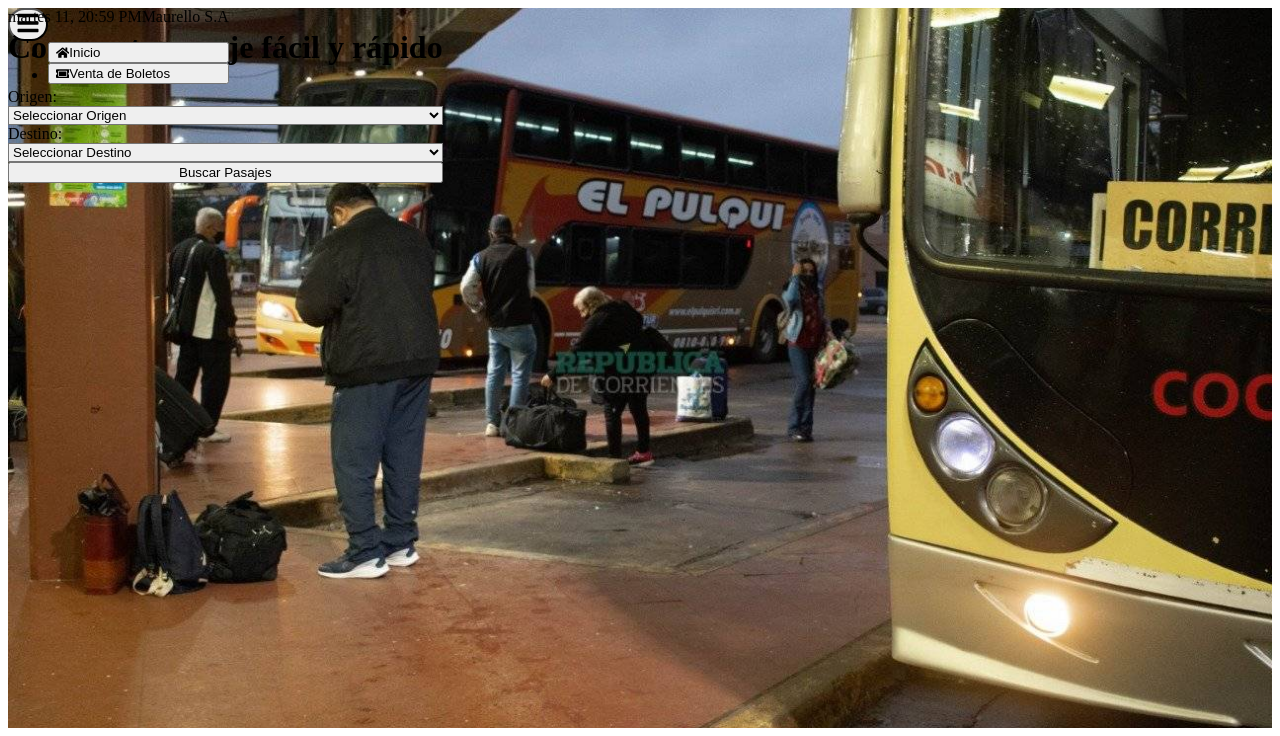
Repository: francoluca35/ventaboletos
Page: /ventaboleto
An editor plug-in stored every save of this project. The page is shown before and after the next save, followed by the edit.
The browser window is 1280 px wide. The pictures show the whole page.
The page's requests for data from a server got no answer. The project was rebuilt for these pictures with package versions that can differ from the ones it lists, and the page was loaded fresh each time. The framework's server and built-in components were replaced by stand-ins that run in the browser. No one was signed in, and anything a server would have sent is missing. Also part of the build but not shown: next.config.mjs.

Above is the page before, as saved 2025-03-17 16:34:20.

### src/app/layout.js
import { Geist, Geist_Mono } from "next/font/google";
import "./globals.css";
import "./style/tailwinds.css"
const geistSans = Geist({
  variable: "--font-geist-sans",
  subsets: ["latin"],
});

const geistMono = Geist_Mono({
  variable: "--font-geist-mono",
  subsets: ["latin"],
});

export const metadata = {
  title: "Create Next App",
  description: "Generated by create next app",
};

export default function RootLayout({ children }) {
  return (
    <html lang="en">
      <body
        className={`${geistSans.variable} ${geistMono.variable} antialiased`}
      >
        {children}
      </body>
    </html>
  );
}

### src/app/ventaboleto/page.js
"use client";

import { useState, useEffect } from "react";
import Sidebar from "@/app/components/Sidebar";
import axios from "axios";

export default function VentaBoleto() {
  const [origen, setOrigen] = useState("");
  const [destino, setDestino] = useState("");
  const [fechaDesde, setFechaDesde] = useState("");
  const [fechaHasta, setFechaHasta] = useState("");
  const [pasajes, setPasajes] = useState([]);
  const [origenesDisponibles, setOrigenesDisponibles] = useState([]);
  const [destinosDisponibles, setDestinosDisponibles] = useState([]);

  useEffect(() => {
    axios.get("http://localhost:5000/api/tickets")
      .then(response => {
        setPasajes(response.data);
        setOrigenesDisponibles([...new Set(response.data.map(ticket => ticket.origen))]);
        setDestinosDisponibles([...new Set(response.data.map(ticket => ticket.destino))]);
      })
      .catch(error => console.error("Error cargando viajes:", error));
  }, []);

  const buscarPasajes = () => {
    const resultados = pasajes.filter(ticket =>
      (origen ? ticket.origen.includes(origen) : true) &&
      (destino ? ticket.destino.includes(destino) : true) &&
      (!fechaDesde || new Date(ticket.fechaDesde) >= new Date(fechaDesde)) &&
      (!fechaHasta || new Date(ticket.fechaHasta) <= new Date(fechaHasta))
    );
    setPasajes(resultados);
  };

  return (
    <div className="relative w-full h-screen bg-cover bg-center" style={{ backgroundImage: "url('/Assets/fondo-pasajes.jpg')" }}>
      <Sidebar />
      <div className="absolute inset-0 bg-black bg-opacity-50 flex flex-col justify-center items-center">
        <h1 className="text-white text-4xl font-bold mb-6">Compra tu pasaje fácil y rápido</h1>

        <div className="bg-white p-6 rounded-lg shadow-lg w-full max-w-2xl">
          <div className="grid grid-cols-1 md:grid-cols-2 gap-4">
            <div>
              <label className="block text-gray-700">Origen:</label>
              <select className="w-full p-2 border rounded" value={origen} onChange={(e) => setOrigen(e.target.value)}>
                <option value="">Seleccionar Origen</option>
                {origenesDisponibles.map((origen, index) => (
                  <option key={index} value={origen}>{origen}</option>
                ))}
              </select>
            </div>

            <div>
              <label className="block text-gray-700">Destino:</label>
              <select className="w-full p-2 border rounded" value={destino} onChange={(e) => setDestino(e.target.value)}>
                <option value="">Seleccionar Destino</option>
                {destinosDisponibles.map((destino, index) => (
                  <option key={index} value={destino}>{destino}</option>
                ))}
              </select>
            </div>
          </div>

          <button onClick={buscarPasajes} className="w-full bg-blue-600 text-white p-3 rounded mt-4">Buscar Pasajes</button>
        </div>
      </div>
    </div>
  );
}

### src/app/components/Sidebar.js
"use client";
import { useState, useEffect } from "react";
import { useRouter } from "next/navigation";
import { FaBars, FaTimes, FaHome, FaTicketAlt } from "react-icons/fa";

const Sidebar = () => {
  const [isOpen, setIsOpen] = useState(false);
  const [time, setTime] = useState(new Date());
  const router = useRouter();

  // Actualizar la hora cada segundo
  useEffect(() => {
    const interval = setInterval(() => {
      setTime(new Date());
    }, 1000);
    return () => clearInterval(interval);
  }, []);

  // Formatear la hora
  const formatTime = (date) => {
    return date.toLocaleTimeString("es-ES", { hour: "2-digit", minute: "2-digit" });
  };

  const formatDate = (date) => {
    return date.toLocaleDateString("es-ES", { weekday: "long", day: "numeric" });
  };

  const handleNavigation = (path) => {
    setIsOpen(false);
    router.push(path);
  };

  return (
    <div>
      {/* Botón para abrir/cerrar Sidebar */}
      <button
        onClick={() => setIsOpen(!isOpen)}
        className="fixed top-4 left-4 z-50 text-white bg-red-600 p-3 rounded-full"
      >
        {isOpen ? <FaTimes size={24} /> : <FaBars size={24} />}
      </button>

      {/* Sidebar */}
      <div
        className={`fixed top-0 left-0 h-full w-64 bg-gray-300 text-black shadow-lg transition-transform ${
          isOpen ? "translate-x-0" : "-translate-x-64"
        } z-50`}
      >
        {/* Header del Sidebar */}
        <div className="bg-gray-400 p-4 flex justify-between items-center">
          <span className="text-lg font-bold">{formatDate(time)}, {formatTime(time)} PM</span>
          <span className="font-semibold">Maurello S.A</span>
        </div>

        {/* Opciones de Navegación */}
        <ul className="mt-4 space-y-4">
          <li className="px-4 py-2 hover:bg-gray-500 cursor-pointer">
            <button onClick={() => handleNavigation("/")} className="flex items-center gap-2 w-full text-left">
              <FaHome /> Inicio
            </button>
          </li>
          <li className="px-4 py-2 hover:bg-gray-500 cursor-pointer">
            <button onClick={() => handleNavigation("/ventaboleto")} className="flex items-center gap-2 w-full text-left">
              <FaTicketAlt /> Venta de Boletos
            </button>
          </li>
        </ul>
      </div>
    </div>
  );
};

export default Sidebar;

Loaded but not shown: src/app/globals.css (common file); src/app/style/tailwinds.css (common file)

After the next save:
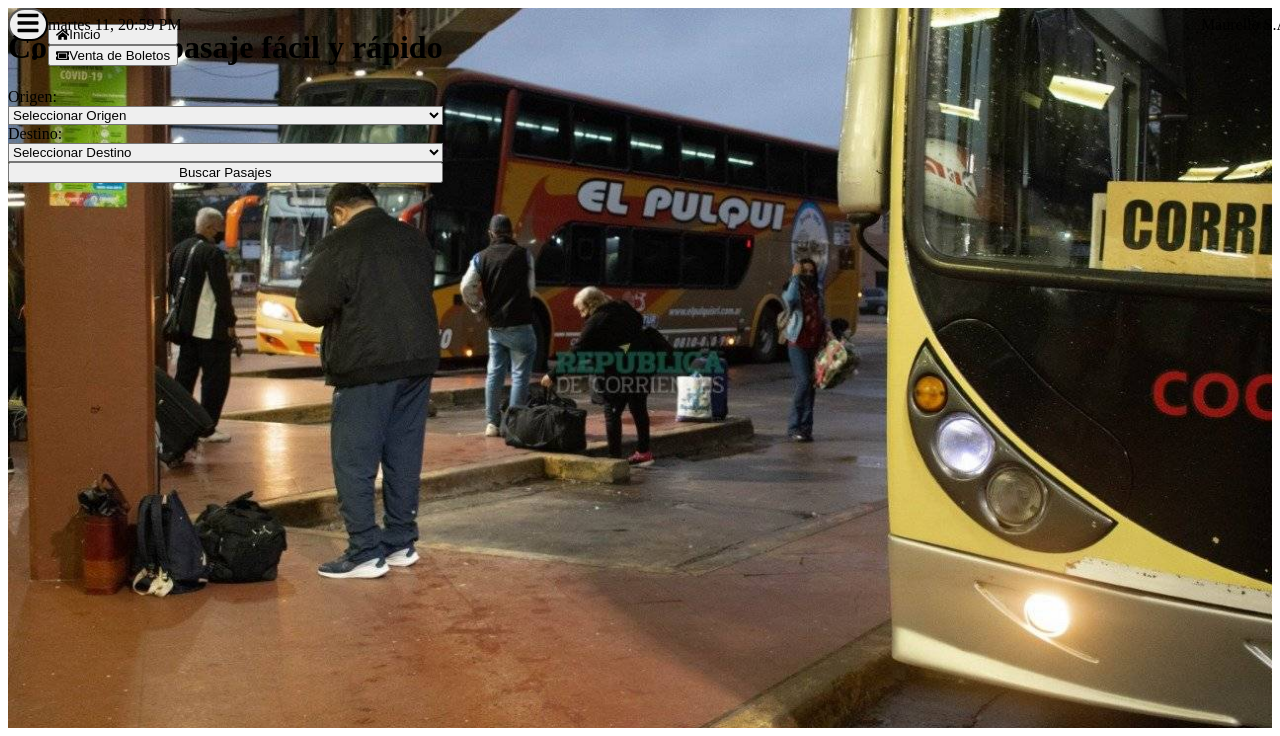
Saved 2 min 0 s later.
--- a/src/app/components/Sidebar.js
+++ b/src/app/components/Sidebar.js
@@ -32,28 +32,29 @@
 
   return (
     <div>
-      {/* Botón para abrir/cerrar Sidebar */}
-      <button
-        onClick={() => setIsOpen(!isOpen)}
-        className="fixed top-4 left-4 z-50 text-white bg-red-600 p-3 rounded-full"
-      >
-        {isOpen ? <FaTimes size={24} /> : <FaBars size={24} />}
-      </button>
+      {/* Header Fijo */}
+      <div className="fixed top-0 left-0 w-full bg-gray-400 text-black shadow-md flex justify-between items-center p-4 z-50">
+        <div className="flex items-center">
+          {/* Botón para abrir/cerrar Sidebar */}
+          <button
+            onClick={() => setIsOpen(!isOpen)}
+            className="text-white bg-red-600 p-3 rounded-full mr-4"
+          >
+            {isOpen ? <FaTimes size={24} /> : <FaBars size={24} />}
+          </button>
+          <span className="text-lg font-bold">{formatDate(time)}, {formatTime(time)} PM</span>
+        </div>
+        <span className="font-semibold">Maurello S.A</span>
+      </div>
 
-      {/* Sidebar */}
+      {/* Sidebar Desplegable */}
       <div
         className={`fixed top-0 left-0 h-full w-64 bg-gray-300 text-black shadow-lg transition-transform ${
           isOpen ? "translate-x-0" : "-translate-x-64"
-        } z-50`}
+        } z-40`}
       >
-        {/* Header del Sidebar */}
-        <div className="bg-gray-400 p-4 flex justify-between items-center">
-          <span className="text-lg font-bold">{formatDate(time)}, {formatTime(time)} PM</span>
-          <span className="font-semibold">Maurello S.A</span>
-        </div>
-
         {/* Opciones de Navegación */}
-        <ul className="mt-4 space-y-4">
+        <ul className="mt-20 space-y-4"> {/* Espaciado para evitar solapamiento con el header */}
           <li className="px-4 py-2 hover:bg-gray-500 cursor-pointer">
             <button onClick={() => handleNavigation("/")} className="flex items-center gap-2 w-full text-left">
               <FaHome /> Inicio
